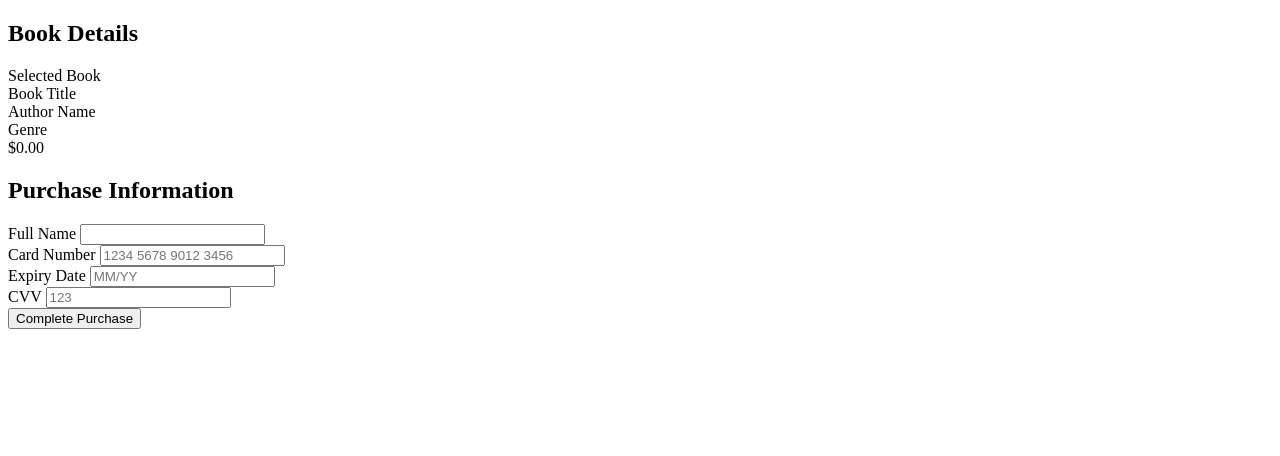
Repository: Ibrahim-Abohola/BookStore
Page: purchase.html
The author's editor kept a copy of each file at every save. The page is drawn from the files as they stood at one save, then again after a run of saves.
The browser window is 1280 px wide. The pictures show the whole page.

Above is the page before, as saved 2025-07-15 20:55:06.

After the next 2 saves:
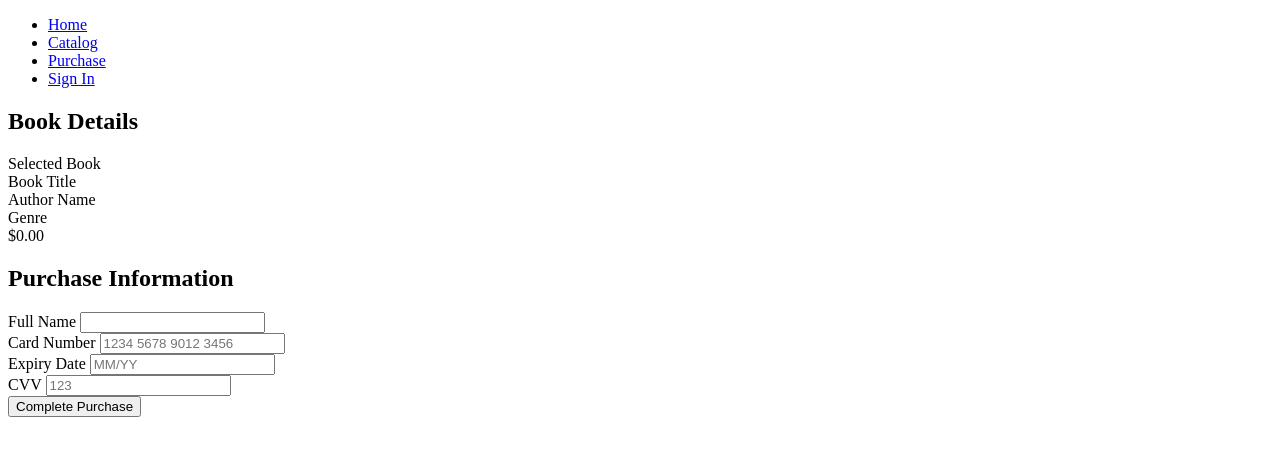
The 2 saves are shown as one change because they came seconds apart.
The last was saved 16 s later.
--- a/purchase.html
+++ b/purchase.html
@@ -6,6 +6,14 @@
     <title>Purchase</title>
     </head>
     <body>
+    <nav class="top-nav">
+    <ul>
+      <li><a href="Homepage.html">Home</a></li>
+      <li><a href="catalog.html">Catalog</a></li>
+      <li><a href="purchase.html">Purchase</a></li>
+      <li><a href="signin.html">Sign In</a></li>
+    </ul>
+  </nav>
         <div class="purchase-container">
             <div class="container">
                 <div class="purchase-content">
